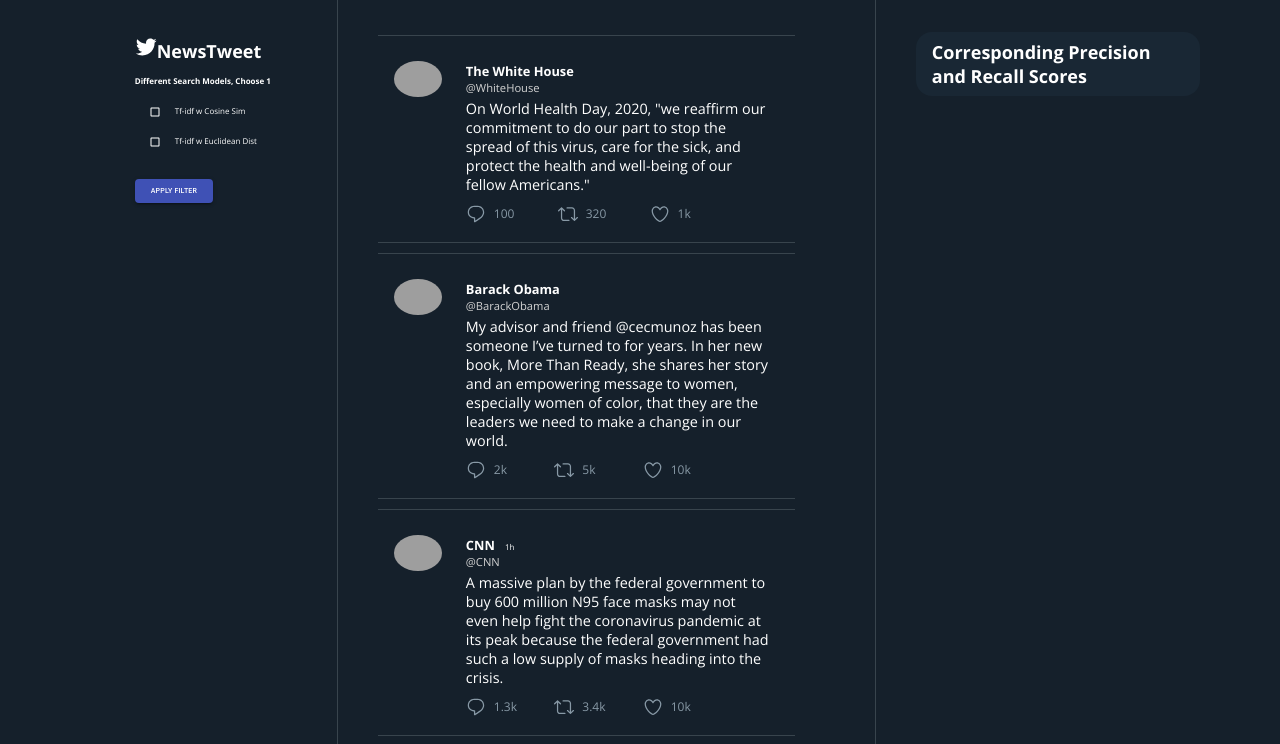
Repository: Dustyik/TwitterAIproj
Page: / (app in FrontEnd/)
An editor plug-in stored every save of this project. The page is shown before and after the next save, followed by the edit.
The browser window is 1280 px wide. The pictures show the whole page.
Pictures or frames that could not be fetched are drawn as grey boxes. The page's requests for data from a server got no answer. The project was rebuilt for these pictures with package versions that can differ from the ones it lists, and the page was loaded fresh each time. No one was signed in, and anything a server would have sent is missing. Also part of the build but not shown: FrontEnd/src/components/trending/Trend.js, FrontEnd/src/components/trending/TrendsList.js, FrontEnd/src/components/trending/FollowSuggestionCard.js, FrontEnd/src/styles/FollowList.css, FrontEnd/src/components/trending/FollowSuggestionsList.js, FrontEnd/src/components/StatusCard.js, FrontEnd/src/pages/Status.js, FrontEnd/src/components/profile/ProfileHead.js and 3 more.

Above is the page before, as saved 2021-08-03 00:22:28.

### FrontEnd/public/index.html
<!DOCTYPE html>
<html lang="en">

<head>
  <meta charset="utf-8" />
  <link rel="icon" href="%PUBLIC_URL%/favicon.ico" />
  <meta name="viewport" content="width=device-width, initial-scale=1" />
  <meta name="theme-color" content="#000000" />
  <meta name="description" content="Web site created using create-react-app" />
  <link rel="apple-touch-icon" href="%PUBLIC_URL%/logo192.png" />
  <link href="https://fonts.googleapis.com/css2?family=Open+Sans:wght@400;700&display=swap" rel="stylesheet">
  <!--
      manifest.json provides metadata used when your web app is installed on a
      user's mobile device or desktop. See https://developers.google.com/web/fundamentals/web-app-manifest/
    -->
  <link rel="manifest" href="%PUBLIC_URL%/manifest.json" />
  <!--
      Notice the use of %PUBLIC_URL% in the tags above.
      It will be replaced with the URL of the `public` folder during the build.
      Only files inside the `public` folder can be referenced from the HTML.

      Unlike "/favicon.ico" or "favicon.ico", "%PUBLIC_URL%/favicon.ico" will
      work correctly both with client-side routing and a non-root public URL.
      Learn how to configure a non-root public URL by running `npm run build`.
    -->
  <title>React App</title>
</head>

<body>
  <noscript>You need to enable JavaScript to run this app.</noscript>
  <div id="root"></div>
  <!--
      This HTML file is a template.
      If you open it directly in the browser, you will see an empty page.

      You can add webfonts, meta tags, or analytics to this file.
      The build step will place the bundled scripts into the <body> tag.

      To begin the development, run `npm start` or `yarn start`.
      To create a production bundle, use `npm run build` or `yarn build`.
    -->
</body>

</html>

### FrontEnd/src/App.js
import React from 'react';
import { BrowserRouter as Router, Route } from 'react-router-dom';
import './App.css';
import { Sidebar } from './components/Sidebar';
import { Home } from './pages/Home';
import { Trending } from './components/trending/Trending';
import { GlobalProvider } from './context/GlobalState';
import { Status } from './pages/Status';
import ScrollToTop from './utils/ScrollToTop';
import { Profile } from './pages/Profile';

function App() {
  return (
    <GlobalProvider >
      <Router >

        <ScrollToTop>
          <div className="App">
            <div className="side-nav">
              <Sidebar />
            </div>
            <div className="main trending">

              <Route exact path="/" component={Home} />
              { /*
              <Route exact path="/:id" component={Profile} />
              <Route exact path="/status/:id" component={Status} />
              */}


            </div>

            <div className="trending">
              <Trending />
            </div>
          </div>
        </ScrollToTop>

      </Router>
    </GlobalProvider>
  );
}

export default App;

### FrontEnd/src/App.css
:root {
    --body-bg        : rgb(21, 32, 43);
    --sky-blue       : rgba(29, 161, 242, 1.00);
    --light          : rgba(255, 255, 2555);
    --grey           : rgb(136, 153, 166);
    --border         : rgb(56, 68, 77);
    --thick-border   : rgb(37, 51, 65);
    --thick-border   : rgb(37, 51, 65);
    --card-background: rgb(25, 39, 52);
}

body {
    background-color: var(--body-bg);
    font-family     : 'Open Sans', sans-serif;
    padding         : 0;
    margin          : 0;
    color           : var(--light);
}

html {
    font-size: 8px;
}

::-webkit-input-placeholder {
    /* Chrome/Opera/Safari */
    font-size  : 2.5rem;
    color      : #9197a3;
    font-weight: 400;
}

::-moz-placeholder {
    /* Firefox 19+ */
    font-size  : 2.5rem;
    color      : #9197a3;
    font-weight: 400;
}

:-ms-input-placeholder {
    /* IE 10+ */
    font-size  : 2.5rem;
    color      : #9197a3;
    font-weight: 400;
}

:-moz-placeholder {
    /* Firefox 18- */
    font-size  : 2.5rem;
    color      : #9197a3;
    font-weight: 400;
}

.App {
    display              : grid;
    grid-template-columns: 2.5fr 4fr 3fr;
}

.side-nav {
    padding-left: 40%;
    padding-top : 3rem;
}

.side-nav svg {
    fill : var(--light);
    width: 2.75rem;
}

.side-nav svg:hover {
    fill: var(--sky-blue);
}

.side-nav-item {
    padding: 2rem 0;

}

.side-nav .side-nav-item .side-nav-text {
    font-size     : 2.25rem;
    font-weight   : 700;
    color         : var(--light);
    padding-left  : 3rem;
    vertical-align: bottom;
}

.avatar {
    display: inline;
}

.avatar img {
    border-radius: 50%;
}


/* helper classes */
.p-0 {
    padding: 0
}


.pl-0 {
    padding-left: 0
}

.p-1 {
    padding: 1rem;
}

.p-2 {
    padding: 2rem
}

.pr-0 {
    padding-right: 0
}

.pb-1 {
    padding-bottom: 1rem;
}

.m-0 {
    margin: 0
}

.mb-0 {
    margin-bottom: 0;
}

.text-center {
    text-align: center;
}

.w-100 {
    width: 100%;
}

.pl-1 {
    padding-left: 1rem;
}

.pr-1 {
    padding-right: 1rem;
}

ul {
    list-style: none;
}

.flex-align-center {
    display    : flex;
    align-items: center;
}

.flex-space-between {
    display        : flex;
    justify-content: space-between;
}

.inline-block {
    display: inline-block;

}


.btn {
    color      : var(--light);
    font-weight: 700;
    cursor     : pointer;
    border     : none;
    background : transparent;
}

.tweet-btn {
    border-radius   : 4rem;
    font-size       : 2rem;
    padding         : 1.5rem;
    background-color: var(--sky-blue);
    width           : 80%;
}

.follow-btn {
    border-radius: 3rem;
    font-size    : 2rem;
    padding      : 0.5rem;
    font-weight  : 700;
    color        : var(--sky-blue);
    border       : 1px solid var(--sky-blue);
}

.pointer {
    cursor: pointer;
}

.bold-dull-para {
    font-size: 1.75rem;
    color    : var(--grey);
}

a {
    text-decoration: none;
    color          : inherit;
}

h1 {
    font-size  : 2.25rem;
    font-weight: 700;
    color      : var(--light);
}

h2 {
    font-size  : 2rem;
    font-weight: 700;
    color      : var(--light);
}

input:focus {
    outline: none;
}

### FrontEnd/src/components/Sidebar.js
import React, {useState, useContext} from 'react';
import { Logo, HomeIcon, ExploreIcon, NotificationIcon, MessageIcon, BookmarkIcon, ListsIcon, MoreIcon } from '../images/svg/svgs';
import { SmallAvatar } from '../images/avatars';
import { Checkbox } from '@material-ui/core';
import { Button } from '@material-ui/core';
import * as API from "../apifunctions"
import { GlobalContext } from '../context/GlobalState'
import { uniqueNamesGenerator, Config, adjectives, colors, animals } from 'unique-names-generator';


const SEARCH_MODELS = ["Tf-idf w Cosine Sim", "Tf-idf w Euclidean Dist"]

export const Sidebar = () => {
    const profImageurl = 'https://pbs.twimg.com/profile_images/1247964769669136385/KVCROk2D_bigger.jpg';
    const [searchModelsLocalState, setSearchModelsLocalState] = useState([])

    const {setSearchModels, searchModels, title, removeAllTweets, addTweet} = useContext(GlobalContext);

    const checkBoxToggled = (event) => {
        const id = event.id
        const checkValue = event.checked

        if (checkValue){
            setSearchModels(id)
            setSearchModelsLocalState(id)
        }
    }

    const applyFilter = () => {
        API.applySearchFilters(searchModels, title.title, title.id).then(
            res => {
                const data = JSON.parse(res.data);
                removeAllTweets()
                console.log(data)


                const relevanceData = data.relevance
                const tweetData = data.text
                const tweetIdData = data.id
                const relatedArticlesData = data.related_article
                for (let i = 0; i < Object.keys(relevanceData).length; i++){
                    let pxSize = 140 + i*3
                    const newTweet = {
                        name: uniqueNamesGenerator({dictionaries: [adjectives, colors, animals]}),
                        tweet: tweetData[i],
                        relevance: relevanceData[i],
                        image: `https://placeimg.com/${pxSize}/${pxSize}/any`
                    }
                    addTweet(newTweet)
                }
            }
        )
    }

    const createCheckBoxes = () =>
        SEARCH_MODELS.map((e) => {

            return (
                <div>
                <Checkbox
                size = "medium"
                id = {e}
                onChange = {(e) => checkBoxToggled(e.target)}
                checked = {searchModelsLocalState == e}
                >
                </Checkbox>
                {e}

                </div>
            )
        }
    )


    const checkBoxes = createCheckBoxes()

    return (
        <div>
            <div className="side-nav-header">

                <h1>
                <Logo />
                    NewsTweet
                </h1>
            </div>
            <h4>
                Different Search Models,
                Choose 1
            </h4>



            {checkBoxes}

            <div>
                &nbsp;
            </div>
            <div>
                &nbsp;
            </div>

            <Button
                onClick = {applyFilter}
                variant="contained" color="primary">
                Apply Filter
            </Button>



        </div>
    )
}

### FrontEnd/src/components/trending/Trending.js
import React from 'react';
import '../../styles/Trending.css';
import { SearchIcon } from '../../images/svg/svgs'
import { TrendsList } from './TrendsList';
import { FollowSuggestionsList } from './FollowSuggestionsList';


export const Trending = () => {
    return (
        <>
            <div>

                <div className="trends-list m-0">
                    {/*
                    <TrendsList />
                    */}
                    <h1>
                    Corresponding Precision and Recall Scores
                    </h1>
                </div>
                {/*
                <div className="follow-list">
                    <FollowSuggestionsList />
                </div>
                */}
            </div>
        </>
    )
}

### FrontEnd/src/utils/ScrollToTop.js
import React, { useEffect, Fragment } from 'react';
import { withRouter } from 'react-router-dom';

function ScrollToTop({ history, children }) {
    useEffect(() => {
        const unlisten = history.listen(() => {
            window.scrollTo(0, 0);
        });
        return () => {
            unlisten();
        }
    }, []);

    return <Fragment>{children}</Fragment>;
}

export default withRouter(ScrollToTop);

### FrontEnd/src/images/avatars.js
import React from 'react'

export const SmallAvatar = ({ width, image }) => {
    return (
        <div className="avatar">
            <img width={width} src={image} alt="avatar" />
        </div>
    )
}

### FrontEnd/src/apifunctions.js
import axios from 'axios';

export const getTweets = () => {
    return axios.get("http://localhost:5000/getTweets")
}

export const applySearchFilters = (data, title, id) => {
    return axios.post("http://localhost:5000/applySearchModels", {
            data: data,
            queryTitle: title,
            articleId: id

        }
    )
}

### FrontEnd/src/styles/Main.css
/* main styles */
.main {
    border-left : 1px solid var(--border);
    border-right: 1px solid var(--border);
    ;
}

.home {
    padding-left : 2.5rem;
    border-bottom: 1px solid var(--border);
}

.new-tweet {
    padding              : 1rem;
    display              : grid;
    grid-template-columns: 1fr 9fr;
    border-bottom        : 1rem solid var(--thick-border);
}

.new-tweet .left,
.right {
    padding: 0 1rem;
}

.new-tweet input {
    padding    : 2rem 0;
    background : transparent;
    border     : none;
    color      : var(--light);
    font-size  : 2rem;
    font-weight: 700;
}

.new-tweet-options {
    padding-right  : 1rem;
    display        : flex;
    justify-content: space-between;
    align-items    : center;
}

.new-tweet .add-icons {
    margin-right: 1rem;
}

.new-tweet .add-icons svg {
    width  : 3rem;
    fill   : var(--sky-blue);
    padding: 1rem;
}

.new-tweet .add-icons svg:first-child {
    padding-left: 0;
}

### FrontEnd/src/components/TweetList.js
import React, { useContext } from 'react'
import TweetCard from './TweetCard'
import { GlobalContext } from '../context/GlobalState'

export const TweetList = () => {
    const { tweets } = useContext(GlobalContext);

    return (
        <>
            {tweets.map((tweet, index) => (<TweetCard key={index} tweet={tweet} />))}
        </>
    )
}

### FrontEnd/src/styles/Trending.css
.trending {
    padding: 1rem 10rem 1rem 5rem;
}

.trending .search-box {
    width     : 100%;
    background: transparent;

    background-color: var(--thick-border);
    border-radius   : 5rem;
    border          : none;
}

.trending .search-box svg {
    width       : 3rem;
    fill        : var(--grey);
    padding-left: 1rem;

}

.trending .search-box input {
    padding   : 1.5rem;
    font-size : 2rem;
    width     : 100%;
    background: transparent;
    border    : none;
    color     : var(--light);
}

.trends-list {
    background-color: var(--card-background);
    border-radius   : 2rem;
    margin-top      : 3rem;
}

.trends-list h1 {
    padding: 1rem 2rem;

}

.trends-for-you {
    padding-right: 1rem;
}

.trends-for-you svg {
    width: 3.5rem;
    fill : var(--sky-blue);
}

.trends-card {
    border-top   : 1px solid var(--border);
    border-bottom: 1px solid var(--border);
    padding      : 2rem;
}

.trends :last-child {
    border-bottom: none;
}

.trends-topic {
    font-size: 1.5rem;
    color    : var(--grey);
}

.trend-tweet-count {
    font-size: 1.75rem;
    color    : var(--grey);
}



.trending ::-webkit-input-placeholder {
    /* Chrome/Opera/Safari */
    font-size  : 2rem;
    color      : #9197a3;
    font-weight: 400;
}

.trending ::-moz-placeholder {
    /* Firefox 19+ */
    font-size  : 2rem;
    color      : #9197a3;
    font-weight: 400;
}

.trending :-ms-input-placeholder {
    /* IE 10+ */
    font-size  : 2rem;
    color      : #9197a3;
    font-weight: 400;
}

.trending :-moz-placeholder {
    /* Firefox 18- */
    font-size  : 2rem;
    color      : #9197a3;
    font-weight: 400;
}

### FrontEnd/src/context/AppReducer.js
const MAX = 30
const MIN = 0

export default (state, action) => {
    switch (action.type) {
        case 'DELETE_TRANSACTION':
            return {
                ...state,
                transactions: state.transactions.filter(transaction => transaction.id !== action.payload)
            }
        case 'ADD_TWEET':
            const newTweet = {
                user: {
                    name: action.payload.name,
                    image: action.payload.image,
                    handle: `@${action.payload.name}`,
                },
                tweet: {
                    content: action.payload.tweet,
                    image: null,
                    comments: Math.floor(Math.random()*(MAX-MIN)+MIN),
                    retweets: Math.floor(Math.random()*(MAX-MIN)+MIN),
                    likes: Math.floor(Math.random()*(MAX-MIN)+MIN),
                    relevance: action.payload.relevance
                }
            };
            return {
                ...state,
                tweets: [...state.tweets, newTweet]
            }

        case "SET_TWEETS":
            return {
            ...state,
            tweets: action.payload
        }

        case "SET_SEARCH_MODEL":
            return {
            ...state,
            searchModels: action.payload
        }

        case "REMOVE_ALL_TWEETS":
            return {
            ...state,
            tweets: []
        }


        default:
            return state
    }
}

### FrontEnd/src/components/TweetCard.js
import React, { Component } from 'react';
import '../styles/TweetCard.css';
import { SmallAvatar } from '../images/avatars'
import { TweetCommentIcon, TweetRetweetIcon, TweetLikeIcon, TweetSendIcon } from '../images/svg/svgs';
import { Link } from 'react-router-dom';

export default class TweetCard extends Component {
    tweet = this.props.tweet;
    profImageurl = 'https://pbs.twimg.com/profile_images/1247964769669136385/KVCROk2D_bigger.jpg';

    handleRouting = (e) => {
        // e.preventDefault();
        // debugger
        // this.props.history.push('data')
    }
    render() {
        return (
            <div className="tweet-card">
                <div className="left">
                    <SmallAvatar width="48" image={this.tweet.user.image} />
                </div>
                <div className="right">
                    <div className="tweet-card-head">
                        <span className="tweet-card-name" >{this.tweet.user.name}</span>
                        <span className="tweet-card-time"> {this.tweet.tweet.time}</span>
                    </div>
                    <span className="tweet-card-handle">{this.tweet.user.handle}</span>

                    <div className="tweet-card-body">

                    <div className="tweet-card-content">
                        <p className="m-0">{this.tweet.tweet.content}</p>
                    </div>


                    <div className="tweet-card-footer">
                        <span className="flex-align-center"><TweetCommentIcon /> <span className="tweet-cars-icon">{this.tweet.tweet.comments}</span></span>
                        <span className="flex-align-center"><TweetRetweetIcon /><span className="tweet-cars-icon">{this.tweet.tweet.retweets}</span></span>
                        <span className="flex-align-center"><TweetLikeIcon /><span className="tweet-cars-icon">{this.tweet.tweet.likes}</span></span>
                        { /*<span className="flex-align-center"><TweetSendIcon /></span> */}
                    </div>
                    </div>
                </div>
            </div>
        )
    }
}

### FrontEnd/src/styles/StatusCard.css
.tweets {}

.status-card {
    /* padding              : 1rem;
    display                 : grid;
    grid-template-columns   : 1fr 9fr; */
    border-bottom           : 0.5px solid var(--border);
    border-top              : 0.5px solid var(--border);

}

.status-card .left,
.right {
    padding: 2rem;
}

.status-card .left {
    display    : flex;
    align-items: center;

}

.status-card .right {
    padding-top: 0;
}

.status-card .status-card-name {
    font-size    : 2rem;
    font-weight  : 700;
    padding-right: 1rem;
}

.status-card .status-card-handle,
.status-card-time {
    font-size: 1.5rem;
    color    : var(--grey);
}

.status-card .status-card-body .status-card-content p {
    font-size : 2.5rem;
    margin-top: .5rem;
}

.status-card .status-card-body .status-card-image {
    margin-top: 2rem;
}

.status-card .status-card-body .status-card-image img {
    width        : 100%;
    border-radius: 20px;
}

.status-card .status-card-footer {
    padding-right: 10rem;
    display      : flex;

    justify-content: space-around;
    padding-top    : 1rem;
    width          : 100%;
}

.status-card .status-card-footer svg {
    fill : var(--grey);
    width: 2.5rem;
}

.status-card .status-card-footer .tweet-cars-icon {
    line-height : 2;
    font-size   : 1.5rem;
    color       : var(--grey);
    padding-left: 1rem;
}

.status {
    display    : flex;
    align-items: center;
    padding    : 0 2rem;
    display    : flex;
    align-items: center;
}

.status h1 {
    display     : inline-block;
    padding-left: 1rem;
}

.status svg {
    width: 4rem;
    fill : var(--sky-blue);
}

### FrontEnd/src/styles/TweetCard.css
.tweets {}

.tweet-card {
    padding              : 1rem;
    display              : grid;
    grid-template-columns: 1fr 9fr;
    border-bottom        : 0.5px solid var(--border);
    border-top           : 0.5px solid var(--border);

}

.left{
    padding: 0 1rem;
    margin-top: 25px;
}

.tweet-card, .right {
    padding: 0 1rem;
    margin-top: 10px;
}

.tweet-card .tweet-card-head .tweet-card-name {
    font-size    : 1.6rem;
    padding-right: 1rem;
    font-weight: bold;
}

.tweet-card .tweet-card-head .tweet-card-name:hover {
    text-decoration: underline;
}

.tweet-card-handle {
    font-size    : 1.4rem;
    padding-right: 1rem;
    font-weight: lighter;
    color: lightgray;
}

.tweet-card .tweet-card-body .tweet-card-content p {
    font-size : 1.8rem;
    margin-top: .5rem;
}

.tweet-card .tweet-card-body .tweet-card-image {
    margin-top: 2rem;
}

.tweet-card .tweet-card-body .tweet-card-image img {
    width        : 100%;
    border-radius: 20px;
}

.tweet-card .tweet-card-footer {
    padding-right  : 10rem;
    display        : flex;
    justify-content: space-between;
    padding-top    : 1rem;
}

.tweet-card .tweet-card-footer svg {
    fill : var(--grey);
    width: 2.5rem;
}

.tweet-card .tweet-card-footer .tweet-cars-icon {
    line-height : 2;
    font-size   : 1.5REM;
    color       : var(--grey);
    padding-left: 1rem;
}

Loaded but not shown: FrontEnd/src/index.js (common file); FrontEnd/src/images/svg/svgs.js (66 lines, source omitted); FrontEnd/src/context/GlobalState.js (113 lines, source omitted); FrontEnd/src/pages/Home.js (92 lines, source omitted)

After the next save:
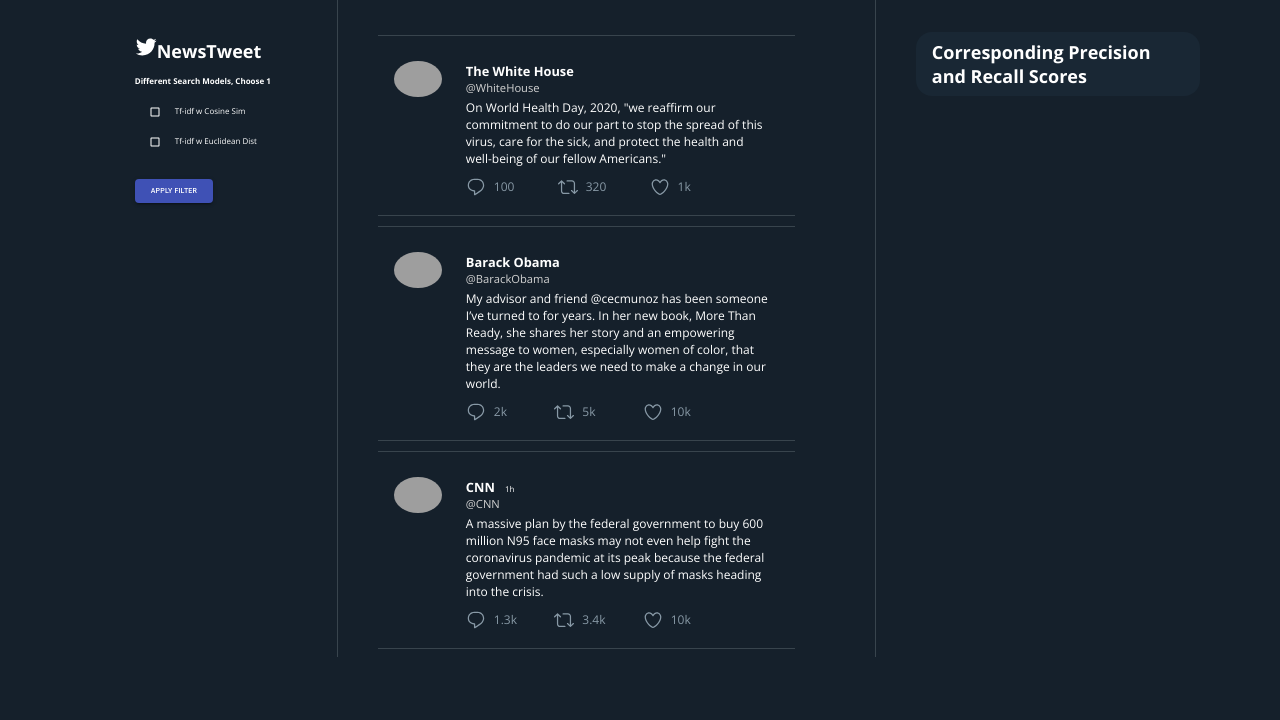
Saved 5 s later.
--- a/FrontEnd/src/styles/TweetCard.css
+++ b/FrontEnd/src/styles/TweetCard.css
@@ -37,7 +37,7 @@
 }
 
 .tweet-card .tweet-card-body .tweet-card-content p {
-    font-size : 1.8rem;
+    font-size : 1.5rem;
     margin-top: .5rem;
 }
 
